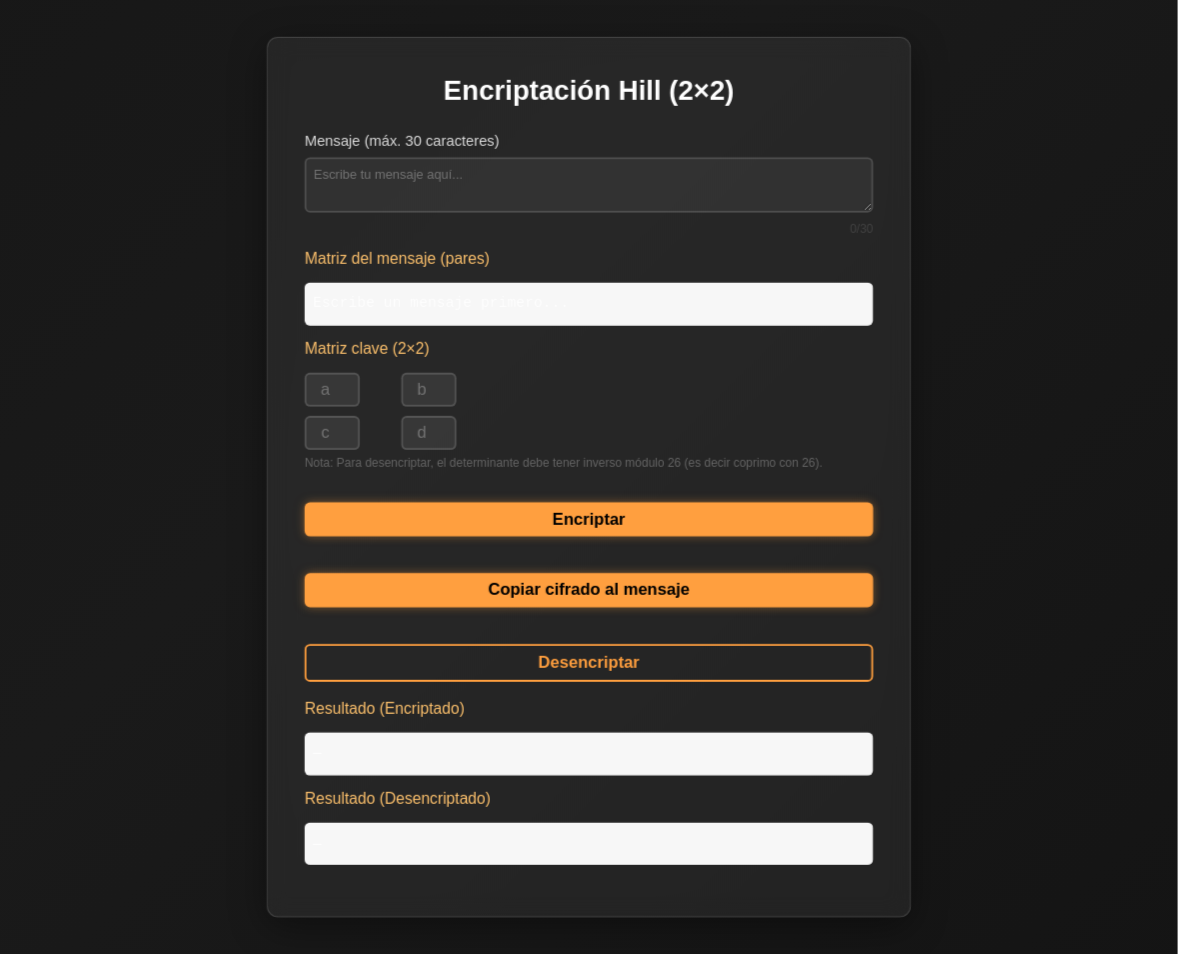
Repository: LeoTSW13/Clase-ejemplo-Algebra
Page: index.html
These files come from the project's save history. The page is drawn as it stood at one moment and after the next save; the edit follows.
The browser window is 1280 px wide. The pictures show the whole page, at 92% of full size.

Above is the page before, as saved 2025-11-26 11:01:50.

### index.html
<!DOCTYPE html>
<html lang="es">
<head>
    <meta charset="UTF-8" />
    <meta name="viewport" content="width=device-width, initial-scale=1.0"/>
    <title>Encriptación Hill</title>
    <link rel="stylesheet" href="styles.css">
    <style>
        /* Estilos mínimos para que se vea legible si no tienes styles.css */
        .container { max-width:700px; margin:20px auto; font-family:Arial, Helvetica, sans-serif; }
        .section { margin-bottom:16px; }
        textarea { width:100%; min-height:60px; resize:vertical; padding:8px; font-size:14px; }
        .matriz-display, .resultado-box { white-space:pre-wrap; background:#f7f7f7; padding:8px; border-radius:6px; min-height:36px; }
        .matriz-input input { width:60px; margin-right:6px; padding:6px; }
        button { padding:8px 12px; margin-right:8px; cursor:pointer; }
        .hint { font-size:13px; color:#666; margin-top:6px;}
        .char-count { font-size:13px; color:#444; margin-top:6px;}
        .error { color:#a00; }
    </style>
</head>
<body>
    <div class="container">
        <h1>Encriptación Hill (2×2)</h1>

        <!-- MENSAJE -->
        <div class="section">
            <label for="mensaje">Mensaje (máx. 30 caracteres)</label>
            <textarea id="mensaje" maxlength="30" placeholder="Escribe tu mensaje aquí..."></textarea>
            <div class="char-count">0/30</div>
        </div>

        <!-- MATRIZ DEL MENSAJE -->
        <div class="section">
            <h3>Matriz del mensaje (pares)</h3>
            <div id="matrizMensaje" class="matriz-display">—</div>
        </div>

        <!-- MATRIZ CLAVE -->
        <div class="section">
            <h3>Matriz clave (2×2)</h3>
            <div class="matriz-input">
                <input type="number" id="k11" placeholder="a">
                <input type="number" id="k12" placeholder="b">
                <input type="number" id="k21" placeholder="c">
                <input type="number" id="k22" placeholder="d">
            </div>
            <div class="hint">
                Nota: Para desencriptar, el determinante debe tener inverso módulo 26 (es decir coprimo con 26).
            </div>
        </div>

        <!-- BOTONES -->
        <button id="encriptar">Encriptar</button>
        <button id="copiarCifrado" type="button">Copiar cifrado al mensaje</button>
        <button id="desencriptar" class="secondary">Desencriptar</button>

        <!-- RESULTADO CIFRADO -->
        <div class="section">
            <h3>Resultado (Encriptado)</h3>
            <div id="resultado" class="resultado-box">—</div>
        </div>

        <!-- RESULTADO DESCIFRADO -->
        <div class="section">
            <h3>Resultado (Desencriptado)</h3>
            <div id="resultadoDes" class="resultado-box">—</div>
        </div>

    </div>

    <script src="script.js"></script>
</body>
</html>

### styles.css
/* ------------------------------
   RESET
------------------------------ */
* {
    margin: 0;
    padding: 0;
    box-sizing: border-box;
}

/* ------------------------------
   FONDO ANIMADO MINIMALISTA
------------------------------ */
body {
    font-family: 'Segoe UI', Tahoma, Geneva, Verdana, sans-serif;
    min-height: 100vh;
    display: flex;
    justify-content: center;
    align-items: center;
    padding: 20px;

    /* Gradiente animado */
    background: linear-gradient(-45deg, #0e0e0e, #1a1a1a, #111, #191919);
    background-size: 400% 400%;
    animation: gradientBG 12s ease infinite;
}

@keyframes gradientBG {
    0% { background-position: 0% 50%; }
    50% { background-position: 100% 50%; }
    100% { background-position: 0% 50%; }
}

/* ------------------------------
   CONTENEDOR GLASS
------------------------------ */
.container {
    background: rgba(255,255,255,0.06);
    backdrop-filter: blur(12px);
    border: 1px solid rgba(255,255,255,0.15);
    max-width: 600px;
    width: 100%;
    padding: 40px;
    border-radius: 12px;
    box-shadow: 0 10px 40px rgba(0, 0, 0, 0.4);
}

/* ------------------------------
   TITULOS
------------------------------ */
h1 {
    color: #ffffff;
    text-align: center;
    margin-bottom: 30px;
    font-size: 30px;
    font-weight: 600;
}

h3 {
    color: #ffc36e;
    margin-bottom: 15px;
    font-size: 17px;
    font-weight: 500;
}

/* ------------------------------
   SECCIONES
------------------------------ */
.section {
    margin-bottom: 25px;
}

label {
    display: block;
    color: #dddddd;
    margin-bottom: 8px;
    font-weight: 500;
}

/* ------------------------------
   TEXTAREA
------------------------------ */
textarea {
    width: 100%;
    padding: 12px;
    border: 2px solid rgba(255,255,255,0.15);
    border-radius: 6px;
    font-size: 16px;
    resize: vertical;
    min-height: 80px;
    font-family: inherit;
    background: rgba(255,255,255,0.05);
    color: #fff;
    transition: 0.3s;
}

textarea:focus {
    outline: none;
    border-color: #ff9f3f;
}

/* ------------------------------
   CONTADOR
------------------------------ */
.char-count {
    text-align: right;
    color: #bbbbbb;
    font-size: 12px;
    margin-top: 5px;
}

/* ------------------------------
   MATRIZ RESULTADO
------------------------------ */
.matriz-display,
.resultado-box {
    background: rgba(255,255,255,0.06);
    padding: 20px;
    border-radius: 6px;
    border: 1px solid rgba(255,255,255,0.15);
    min-height: 60px;
    font-family: 'Courier New', monospace;
    color: #ffffff;
    line-height: 1.8;
}

/* ------------------------------
   INPUT MATRIZ CLAVE
------------------------------ */
.matriz-input {
    display: grid;
    grid-template-columns: 1fr 1fr;
    gap: 10px;
    max-width: 200px;
}

.matriz-input input {
    padding: 12px;
    border: 2px solid rgba(255,255,255,0.15);
    border-radius: 6px;
    font-size: 18px;
    text-align: center;
    background: rgba(255,255,255,0.08);
    color: #fff;
    transition: 0.3s;
}

.matriz-input input:focus {
    outline: none;
    border-color: #ff9f3f;
}

/* ------------------------------
   BOTONES ELEGANTES
------------------------------ */
button {
    width: 100%;
    padding: 15px;
    background: #ff9f3f;
    color: #000;
    border: none;
    border-radius: 6px;
    font-size: 18px;
    font-weight: 600;
    cursor: pointer;
    transition: 0.3s;
    margin: 20px 0;
    box-shadow: 0 0 10px rgba(255,159,63,0.4);
}

button:hover {
    background: #ffb86b;
    transform: translateY(-2px);
    box-shadow: 0 0 14px rgba(255,159,63,0.7);
}

button:active {
    transform: scale(0.97);
}

/* Segundo botón estilo outline */
.secondary {
    background: transparent;
    border: 2px solid #ff9f3f;
    color: #ff9f3f;
    box-shadow: none;
}

.secondary:hover {
    background: rgba(255,159,63,0.12);
}

/* ------------------------------
   ERRORES
------------------------------ */
.error {
    color: #ff6b6b;
    background: rgba(255, 80, 80, 0.15);
    border-color: #ff6b6b;
}

### script.js
// ---------------------------
// Hill cipher (2x2) - versión robusta
// ---------------------------

// Referencias DOM
const mensajeEl = document.getElementById('mensaje');
const matrizMensaje = document.getElementById('matrizMensaje');
const k11 = document.getElementById('k11');
const k12 = document.getElementById('k12');
const k21 = document.getElementById('k21');
const k22 = document.getElementById('k22');
const btnEncriptar = document.getElementById('encriptar');
const btnDesencriptar = document.getElementById('desencriptar');
const btnCopiar = document.getElementById('copiarCifrado');
const resultado = document.getElementById('resultado');       // encriptado
const resultadoDes = document.getElementById('resultadoDes'); // desencriptado

// Estado temporal para restaurar original (solo si encriptaste aquí)
window._lastEncryption = null;

// Utilidades
const mod = (n,m=26) => ((n % m) + m) % m;
const letraANum = c => c.charCodeAt(0) - 65;
const numALetra = n => String.fromCharCode(mod(n,26) + 65);

// Limpia texto: deja solo A-Z. opcional: pad=false/true
function limpiarSoloLetras(s, pad=false) {
    let limpio = (s || '').toUpperCase().replace(/[^A-Z]/g, '');
    if (pad && (limpio.length % 2 !== 0)) {
        limpio += 'X';
    }
    return limpio;
}

// Muestra matriz de pares (solo ref visual)
function mostrarMatrizMensaje() {
    const texto = limpiarSoloLetras(mensajeEl.value, false);
    if (!texto) {
        matrizMensaje.textContent = 'Escribe un mensaje primero...';
        return;
    }
    const vals = texto.split('').map(letraANum);
    let out = '[';
    for (let i=0;i<vals.length;i+=2) {
        if (i>0) out += ' ';
        out += '[' + vals[i] + ', ' + ( (i+1 < vals.length) ? vals[i+1] : 23 ) + ']';
    }
    out += ']';
    matrizMensaje.textContent = out;
}

// Actualizar contador y matriz
mensajeEl.addEventListener('input', () => {
    document.querySelector('.char-count').textContent = `${mensajeEl.value.length}/30`;
    mostrarMatrizMensaje();
});
mostrarMatrizMensaje();

// Leer y normalizar clave (mod 26)
// devuelve objeto {a,b,c,d} con valores en 0..25, o null si falta alguno
function leerClave() {
    const vals = [k11.value, k12.value, k21.value, k22.value];
    if (vals.some(v => v === '' || v === null || typeof v === 'undefined')) return null;
    const a = mod(parseInt(k11.value,10));
    const b = mod(parseInt(k12.value,10));
    const c = mod(parseInt(k21.value,10));
    const d = mod(parseInt(k22.value,10));
    if ([a,b,c,d].some(x => Number.isNaN(x))) return null;
    return { a,b,c,d };
}

// Inverso modular via Euclides extendido (robusto)
function egcd(a,b) {
    if (b === 0) return { g: a, x: 1, y: 0 };
    const r = egcd(b, a % b);
    return { g: r.g, x: r.y, y: r.x - Math.floor(a / b) * r.y };
}
function modInv(a,m=26) {
    a = mod(a,m);
    const r = egcd(a,m);
    if (r.g !== 1) return null;
    return mod(r.x,m);
}

// ---------------------------
// ENCRIPTAR
// ---------------------------
btnEncriptar.addEventListener('click', () => {
    resultado.classList.remove('error');
    resultadoDes.classList.remove('error');
    resultadoDes.textContent = '—';

    const raw = mensajeEl.value || '';
    const key = leerClave();
    if (!key) {
        resultado.classList.add('error');
        resultado.textContent = 'Error: completa los 4 valores de la matriz (a,b,c,d).';
        return;
    }

    // Limpiar y añadir padding si hace falta
    const cleanedNoPad = limpiarSoloLetras(raw, false);
    if (!cleanedNoPad) {
        resultado.classList.add('error');
        resultado.textContent = 'Error: ingresa texto a cifrar (letras A-Z).';
        return;
    }
    let padded = cleanedNoPad;
    let paddedAdded = false;
    if (padded.length % 2 !== 0) { padded += 'X'; paddedAdded = true; }

    // Encriptar por bloques
    let cipher = '';
    for (let i=0;i<padded.length;i+=2) {
        const x = letraANum(padded[i]);
        const y = letraANum(padded[i+1]);
        const r1 = mod(key.a * x + key.b * y);
        const r2 = mod(key.c * x + key.d * y);
        cipher += numALetra(r1) + numALetra(r2);
    }

    // Guardar estado para poder restaurar ORIGINAL con espacios/case si el usuario
    // desencripta inmediatamente después (mejor experiencia)
    window._lastEncryption = {
        originalRaw: raw,
        cleanedNoPad: cleanedNoPad,
        padded: padded,
        paddedAdded: paddedAdded,
        key: key,
        cipher: cipher
    };

    resultado.textContent = cipher;
});

// Botón: copiar cifrado al textarea (comodidad para probar desencriptar)
btnCopiar.addEventListener('click', () => {
    if (resultado.textContent && resultado.textContent !== '—') {
        mensajeEl.value = resultado.textContent;
        mensajeEl.dispatchEvent(new Event('input'));
    }
});

// ---------------------------
// DESENCRIPTAR
// ---------------------------
btnDesencriptar.addEventListener('click', () => {
    resultado.classList.remove('error');
    resultadoDes.classList.remove('error');

    const key = leerClave();
    if (!key) {
        resultadoDes.classList.add('error');
        resultadoDes.textContent = 'Error: completa los 4 valores de la matriz (a,b,c,d).';
        return;
    }

    // Tomamos EXACTAMENTE el contenido del textarea como ciphertext (no forzamos padding)
    let cipherText = limpiarSoloLetras(mensajeEl.value, false);
    if (!cipherText) {
        resultadoDes.classList.add('error');
        resultadoDes.textContent = 'Error: ingresa texto cifrado en el textarea para desencriptar.';
        return;
    }

    // Si ciphertext tiene longitud impar, la reparo automáticamente y aviso
    let repaired = false;
    if (cipherText.length % 2 !== 0) {
        cipherText += 'X';
        repaired = true;
    }

    // Determinante y su inverso mod26
    // Usamos las entradas normalizadas de key (0..25)
    const det = mod(key.a * key.d - key.b * key.c);
    const invDet = modInv(det, 26);
    if (invDet === null) {
        resultadoDes.classList.add('error');
        resultadoDes.textContent = `Error: El determinante = ${det} no tiene inverso módulo 26 → no es posible desencriptar con esta clave.`;
        return;
    }

    // Matriz inversa: invDet * adj (adj = [d, -b; -c, a]) normalizada
    const ai = mod(invDet * key.d);
    const bi = mod(invDet * (-key.b));
    const ci = mod(invDet * (-key.c));
    const di = mod(invDet * key.a);

    // Desencriptar bloques
    let plainClean = '';
    for (let i=0;i<cipherText.length;i+=2) {
        const x = letraANum(cipherText[i]);
        const y = letraANum(cipherText[i+1]);
        const p1 = mod(ai * x + bi * y);
        const p2 = mod(ci * x + di * y);
        plainClean += numALetra(p1) + numALetra(p2);
    }

    // Intentar restaurar formato original (espacios y mayúsculas/minúsculas)
    // Solo se puede hacer si la encriptación la hiciste en esta misma sesión con este UI
    if (window._lastEncryption && window._lastEncryption.cipher === cipherText.slice(0, window._lastEncryption.cipher.length)) {
        // Si coincide exactamente (o coincide la parte inicial), devolvemos el original exacto
        resultadoDes.textContent = `Resultado: ${window._lastEncryption.originalRaw}`;
        // También mostramos la limpieza que se devolvió para verificación
        if (window._lastEncryption.paddedAdded && plainClean.endsWith('X')) {
            // quitar la X añadida en cifrado para mostrar la versión sin padding en log
            const withoutPad = plainClean.slice(0, -1);
            resultadoDes.textContent += `\n(Descifrado limpio sin padding: ${withoutPad})`;
        } else {
            resultadoDes.textContent += `\n(Descifrado limpio: ${plainClean})`;
        }
        return;
    }

    // Si no podemos restaurar el original (no fue creado aquí), devolvemos texto limpio A–Z
    // y removemos el padding X final solo si lo detectamos justo añadido por reparación
    let finalPlain = plainClean;
    if (repaired && finalPlain.endsWith('X')) {
        finalPlain = finalPlain.slice(0, -1);
    }

    resultadoDes.textContent = `Resultado: ${finalPlain}`;
});

After the next save:
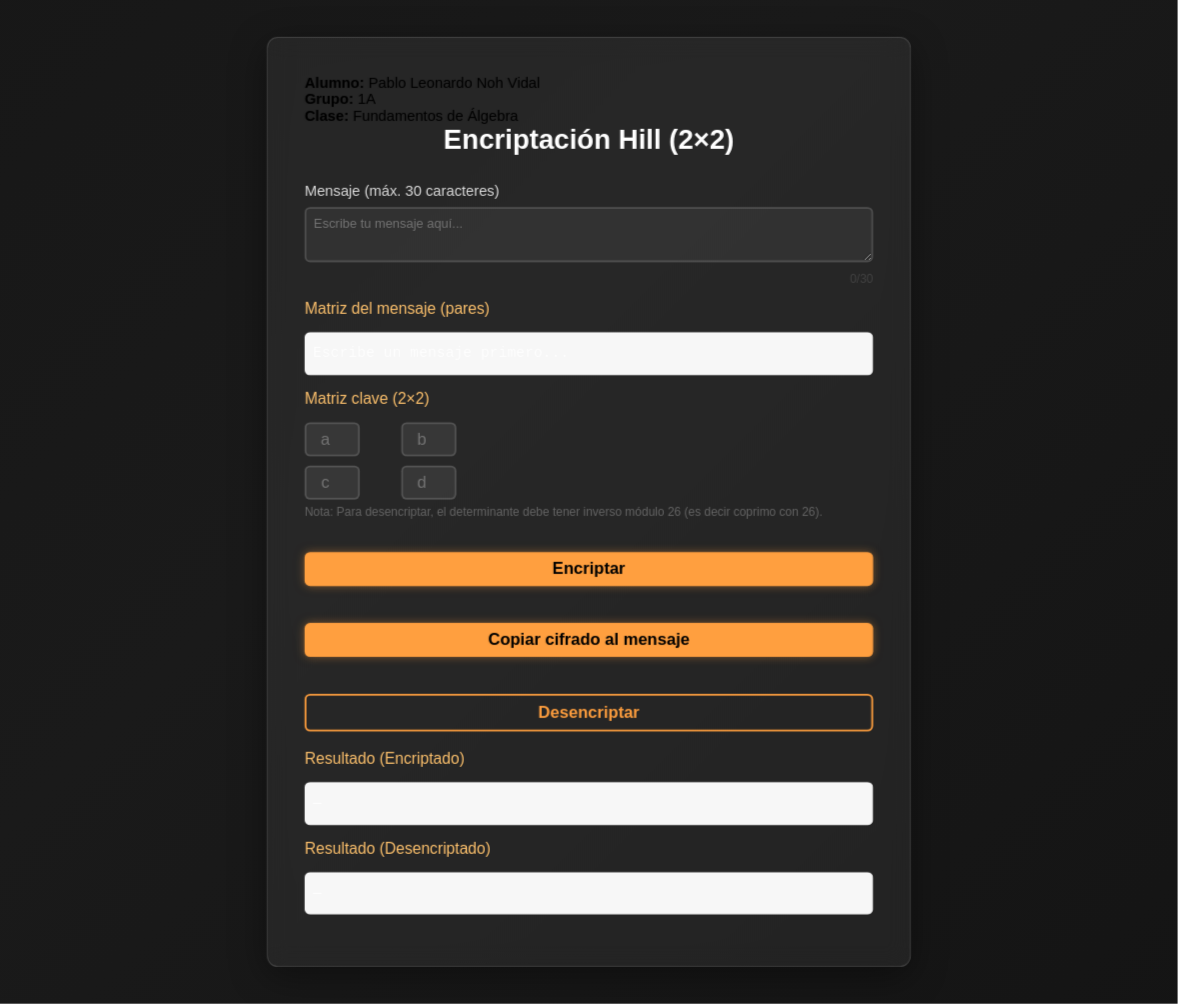
Saved 11 min 27 s later.
--- a/index.html
+++ b/index.html
@@ -19,7 +19,12 @@
     </style>
 </head>
 <body>
-    <div class="container">
+    <div class="container"><div class="datos-alumno">
+    <p><strong>Alumno:</strong> Pablo Leonardo Noh Vidal</p>
+    <p><strong>Grupo:</strong> 1A</p>
+    <p><strong>Clase:</strong> Fundamentos de Álgebra</p>
+</div>
+
         <h1>Encriptación Hill (2×2)</h1>
 
         <!-- MENSAJE -->
